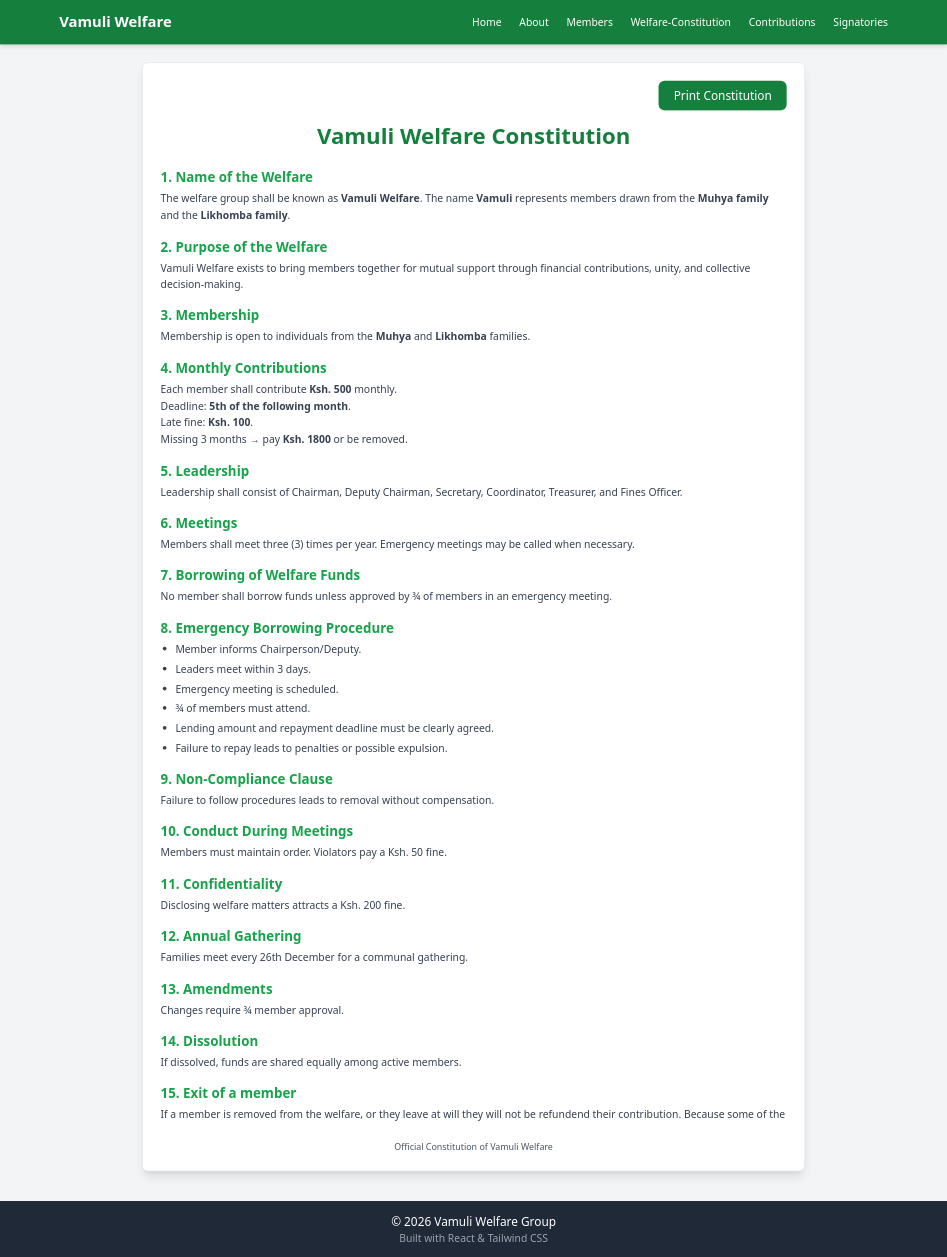
Repository: Engineer-collo/Vamuli-welfare
Page: /constitution
These files come from the project's save history. The page is drawn as it stood at one moment and after the next save; the edit follows.
The browser window is 1280 px wide. The pictures show the whole page, at 74% of full size.
The project was rebuilt for these pictures with package versions that can differ from the ones it lists, and the page was loaded fresh each time. Also part of the build but not shown: vite.config.js, src/pages/contributionsData.js, src/pages/Home.jsx, src/pages/Members.jsx, src/pages/ContributionsTable.jsx, src/pages/About.jsx, src/pages/Signatories.jsx.

Above is the page before, as saved 2026-04-02 15:37:34.

After the next save:
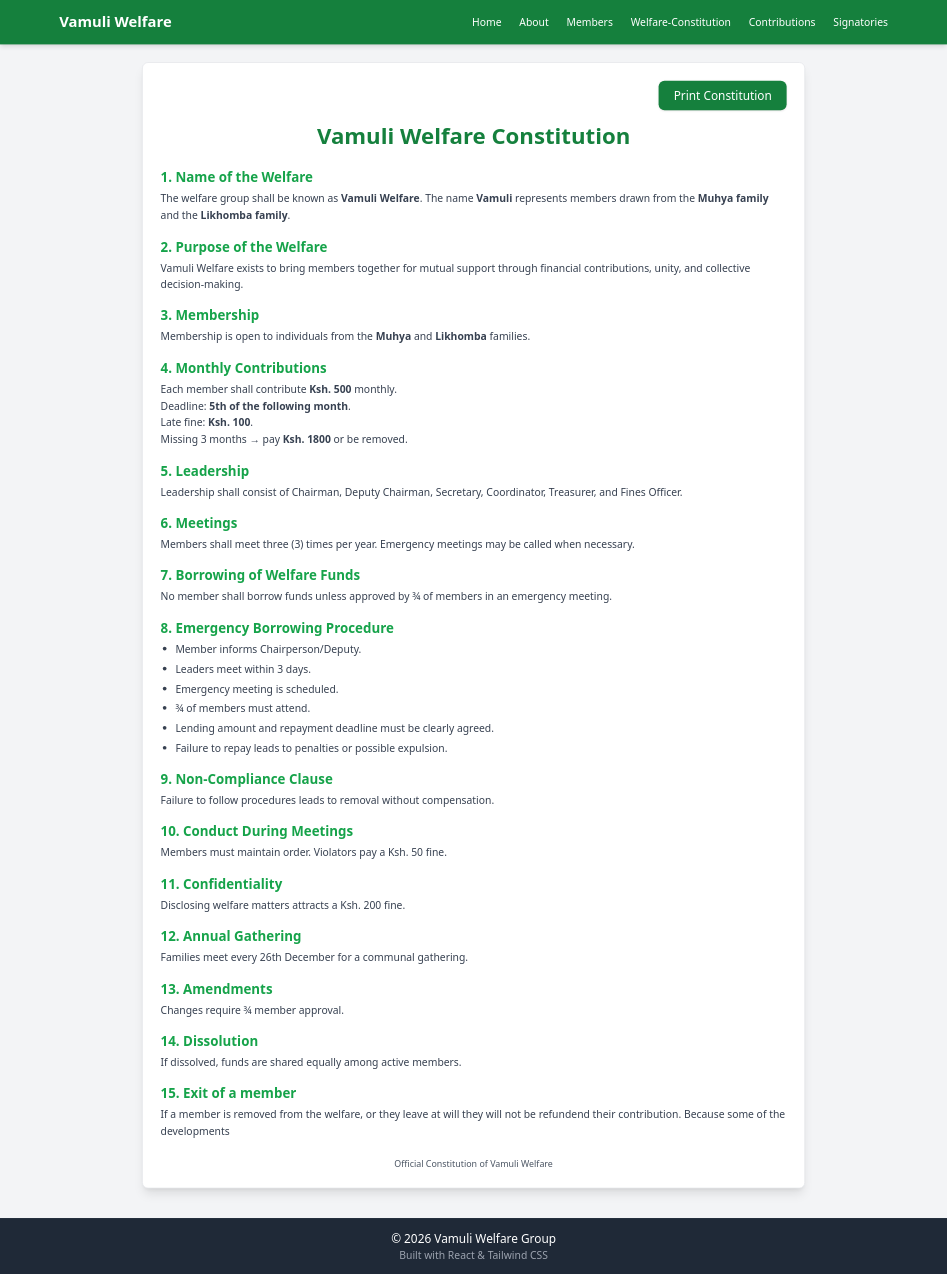
Saved 7 s later.
--- a/src/pages/WelfareConstituion.jsx
+++ b/src/pages/WelfareConstituion.jsx
@@ -115,7 +115,7 @@ function Constitution() {
     {
       title: "Exit of a member",
       content:
-        "If a member is removed from the welfare, or they leave at will they will not be refundend their contribution. Because some of the ",
+        "If a member is removed from the welfare, or they leave at will they will not be refundend their contribution. Because some of the developments ",
     },
   ];
 
